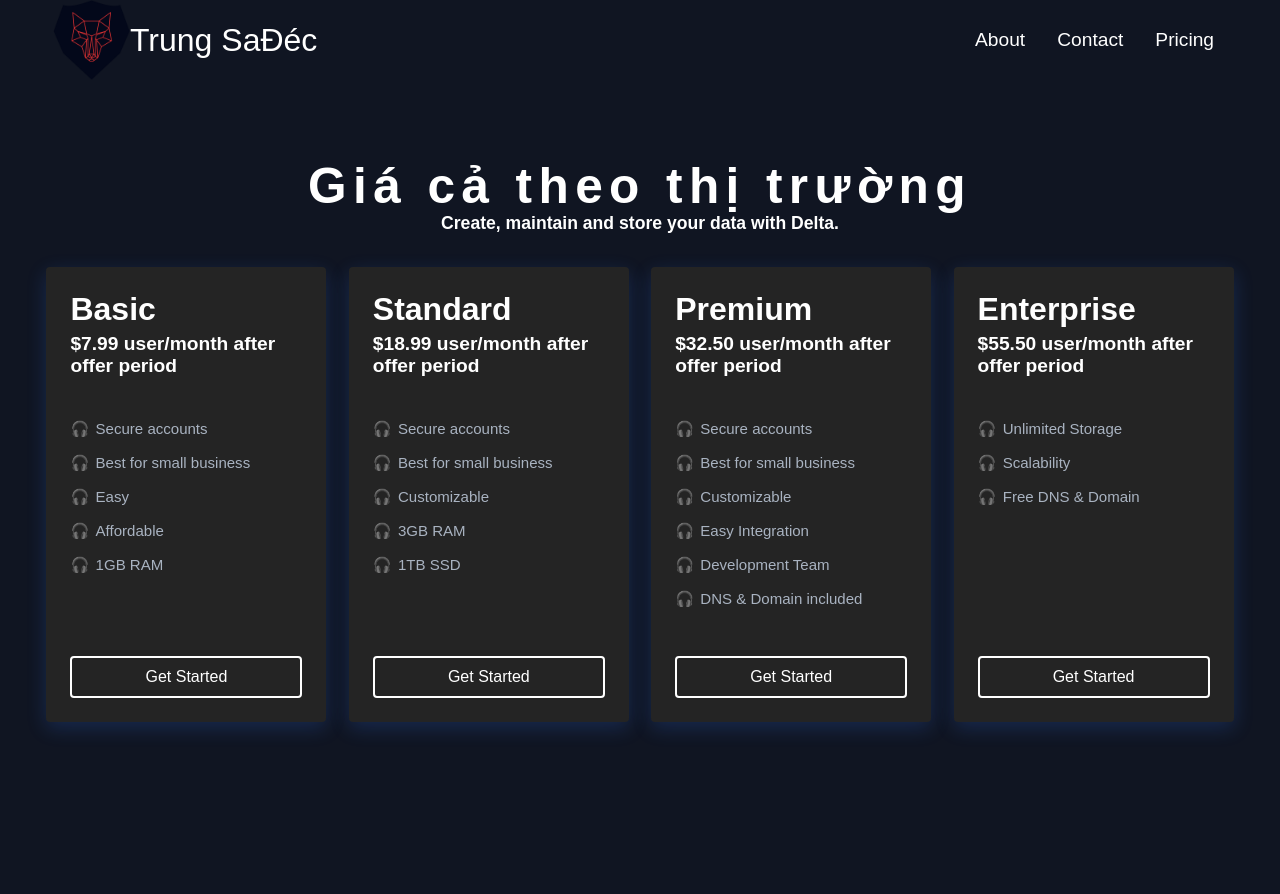
Repository: fdhhhdjd/Profile-Gift-B_H_Q_Trung
Page: /pricing
These files come from the project's save history. The page is drawn as it stood at one moment and after a run of saves; the edit follows.
The browser window is 1280 px wide. The pictures show the whole page.
The project was rebuilt for these pictures with package versions that can differ from the ones it lists, and the page was loaded fresh each time. Also part of the build but not shown: src/App.css, src/Pages/Home.js, src/Styles/HeroStyles.js, src/Components/Hero.js. Imported but missing from the stored project, and not drawn on this page: src/Pages/SignUpPage.

Above is the page before, as saved 2021-10-28 16:50:44.

After the next 2 saves:
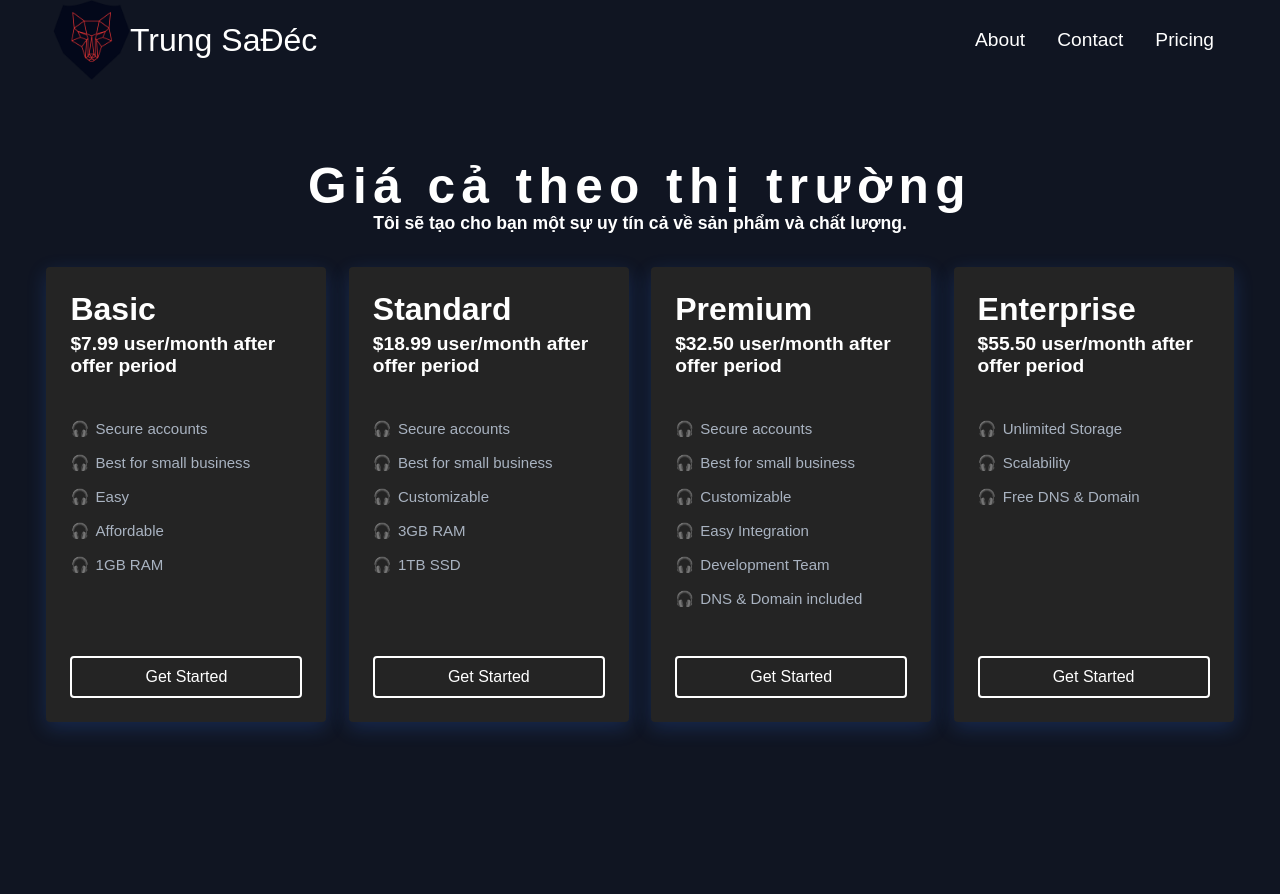
The 2 saves are shown as one change because they came seconds apart.
The last was saved 46 s later.
--- a/src/Pages/PricingPage.js
+++ b/src/Pages/PricingPage.js
@@ -29,7 +29,7 @@ const PricingPage = () => {
               color="white"
               align="center"
             >
-              Create, maintain and store your data with Delta.
+              Tôi sẽ tạo cho bạn một sự uy tín cả về sản phẩm và chất lượng.
             </TextWrapper>
             <PricingContainer>
               {pricingData.map((card, index) => (
